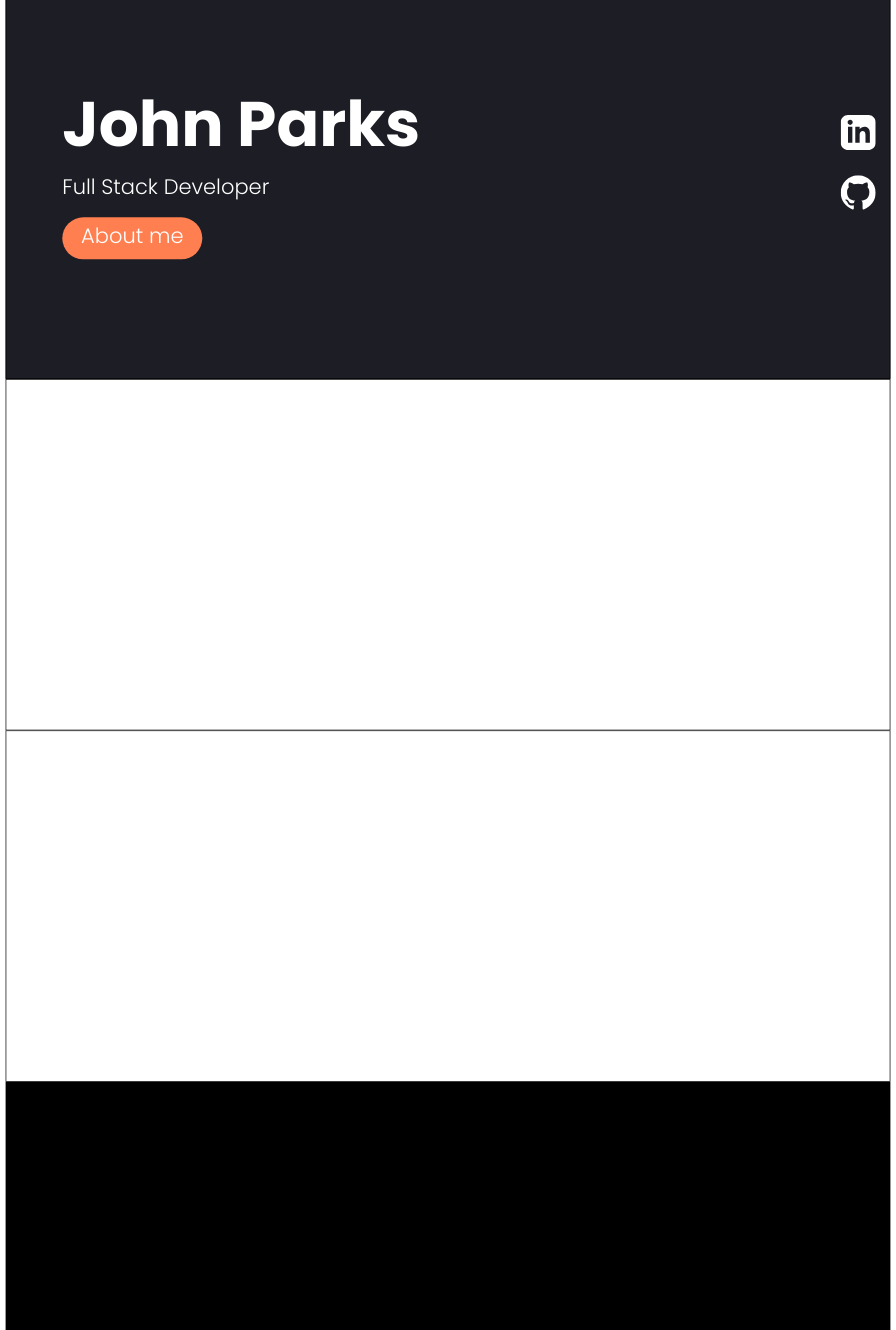
Repository: Jcparks84/Portfolio
Page: index.html
The author's editor kept a copy of each file at every save. The page is drawn from the files as they stood at one save, then again after the next save.
The browser window is 1280 px wide. The pictures show the part of the page from y = 189 to 2089 px (the page is 2242 px tall before and 2292 px after), at 70% of full size.
A picture or video elsewhere on the page could not be fetched, so the positions and the page height are approximate.

Above is the page before, as saved 2022-08-10 15:19:46.

After the next save:
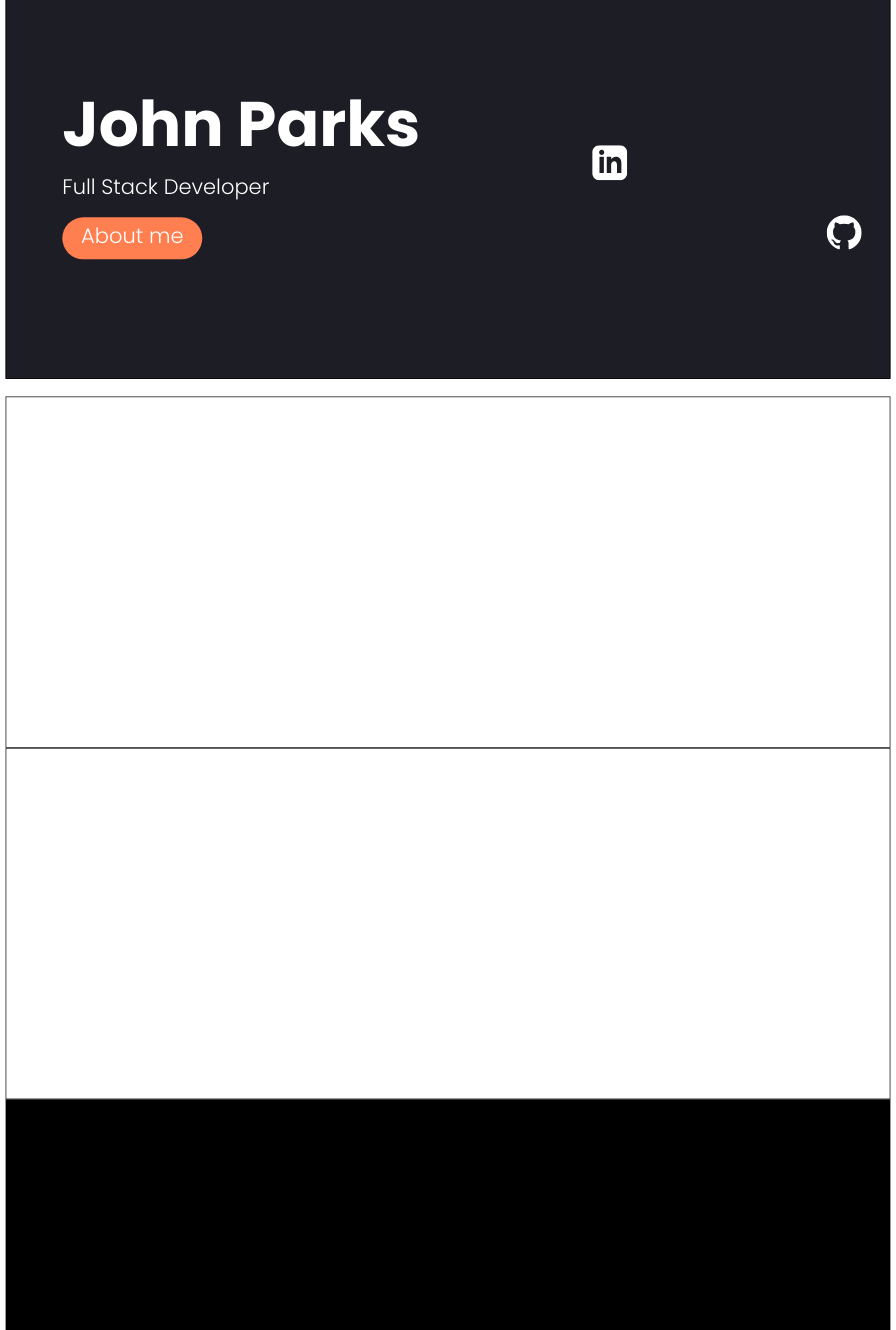
Saved 5 min 53 s later.
--- a/index.html
+++ b/index.html
@@ -26,7 +26,7 @@
             </div>
             <div class="socials">
                 <!-- lnkedin -->
-                <div href="https://www.linkedin.com/in/jcparks84/" class="social">
+                <a href="https://www.linkedin.com/in/jcparks84/" class="social">
                     <svg xmlns="http://www.w3.org/2000/svg" fill="#ffffff" width="50" height="50" viewBox="0 0 24 24"><path d="M19 0h-14c-2.761 0-5 2.239-5 5v14c0 2.761 2.239 5 5 5h14c2.762 0 5-2.239 5-5v-14c0-2.761-2.238-5-5-5zm-11 19h-3v-11h3v11zm-1.5-12.268c-.966 0-1.75-.79-1.75-1.764s.784-1.764 1.75-1.764 1.75.79 1.75 1.764-.783 1.764-1.75 1.764zm13.5 12.268h-3v-5.604c0-3.368-4-3.113-4 0v5.604h-3v-11h3v1.765c1.396-2.586 7-2.777 7 2.476v6.759z"/></svg>
                 </div>
                 <!-- Github -->
